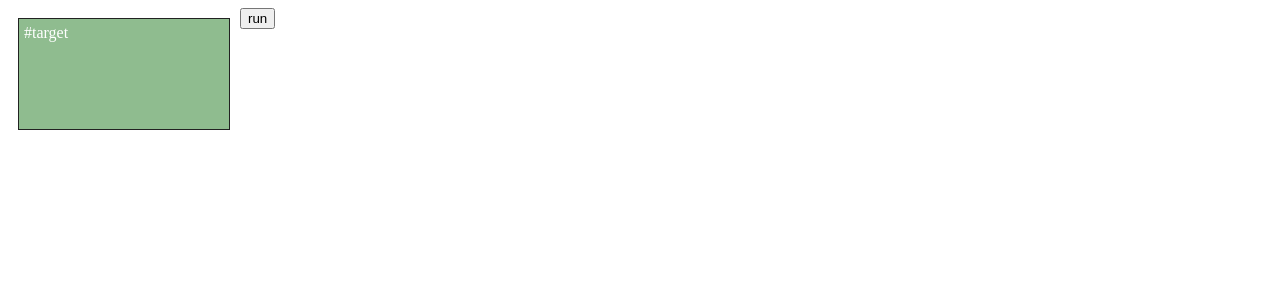
Repository: silenttemplar/java_start_project
Page: hansung_ee_2014/hansung_jquery_exercise/WebContent/ChangeSize_10.html
An editor plug-in stored every save of this project. The page is shown before and after the next save, followed by the edit.
The browser window is 1280 px wide. The pictures show the whole page.
After loading, the first visible `input` was clicked once.

Above is the page before, as saved 2014-08-27 07:31:23.

### hansung_ee_2014/hansung_jquery_exercise/WebContent/ChangeSize_10.html
<html>
<head>
<title>Change Size</title>
<script src="./jquery-2.1.0.min.js"></script>
<script type="text/javascript">
	/**
	 * 대상 : div
	 * 기능 : 크기 변경
	 * 함수 : css() / width(), height()
	 */
	function run() {
		$("div").css("width", "200");

	}
</script>

</head>

<body>
	<div id="target"
		style="color: rgb(255, 255, 255); width: 150px; height: 100px; float: left; border: 1px solid rgb(34, 34, 34); background-color: rgb(143, 188, 143); margin: 10px; padding: 5px; background-position: initial initial; background-repeat: initial initial;">
		#target<br>
	</div>
	<input type="button" value="run" onclick="run()" />
</body>
</html>

Loaded but not shown: hansung_ee_2014/hansung_jquery_exercise/WebContent/jquery-2.1.0.min.js (library)

After the next save:
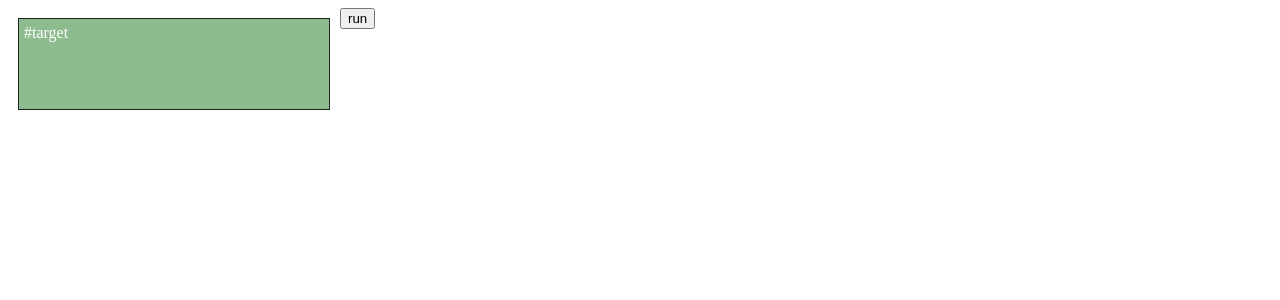
Saved 36 s later.
--- a/hansung_ee_2014/hansung_jquery_exercise/WebContent/ChangeSize_10.html
+++ b/hansung_ee_2014/hansung_jquery_exercise/WebContent/ChangeSize_10.html
@@ -9,7 +9,7 @@
 	 * 함수 : css() / width(), height()
 	 */
 	function run() {
-		$("div").css("width", "200");
+		$("div").width("300").height("80");
 
 	}
 </script>
